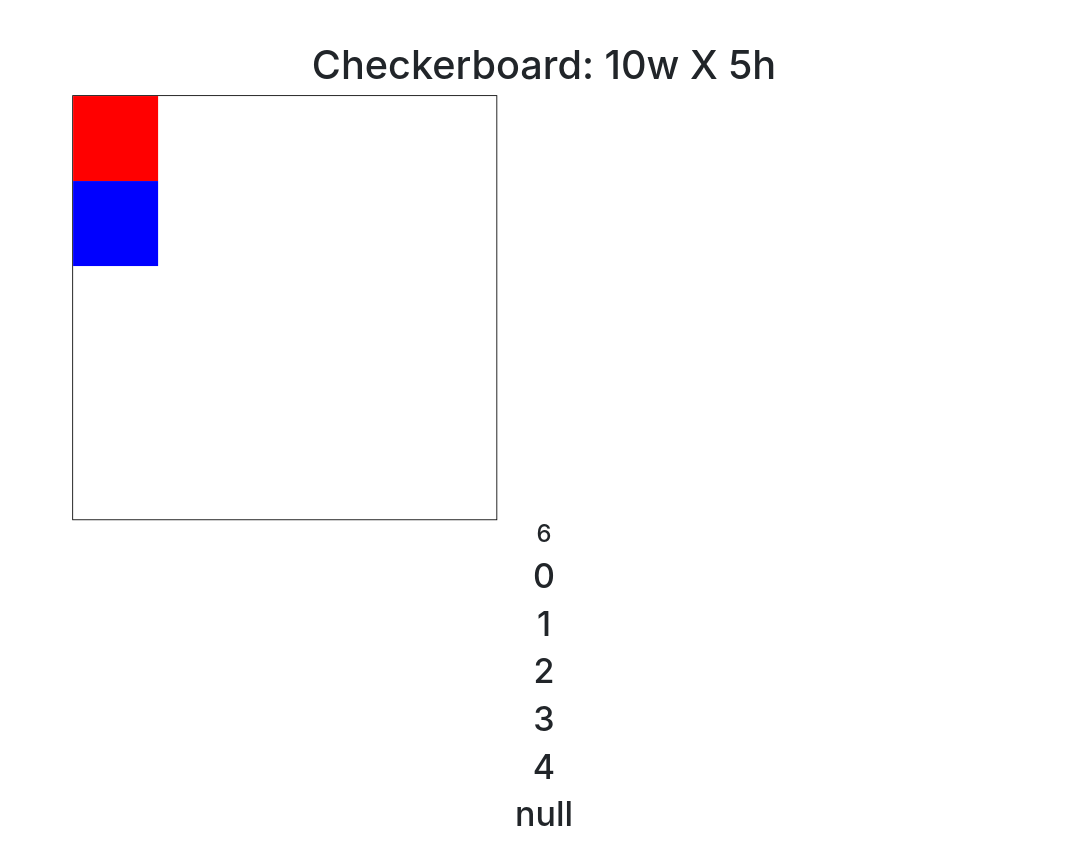
Repository: ACow3/java
Page: http://localhost/Checkerboard/checkerboard.jsp
The author's editor kept a copy of each file at every save. The page is drawn from the files as they stood at one save, then again after the next save.
The browser window is 1280 px wide. The pictures show the whole page, at 85% of full size.
The page is served by Tomcat 9.

Above is the page before, as saved 2019-08-09 00:56:35.

### javaOOP/Checkerboard/WebContent/checkerboard.jsp
<%@ page language="java" contentType="text/html; charset=UTF-8"
    pageEncoding="UTF-8"%>
<!DOCTYPE html>
<html>
<head>
<meta charset="UTF-8">
<link rel="stylesheet" href="https://stackpath.bootstrapcdn.com/bootstrap/4.3.1/css/bootstrap.min.css" integrity="sha384-ggOyR0iXCbMQv3Xipma34MD+dH/1fQ784/j6cY/iJTQUOhcWr7x9JvoRxT2MZw1T" crossorigin="anonymous">
<title>Checkerboard</title>
<style>
	.container{
		text-align: center;
	}

	.cb_title{
		font-size: 35pt;
		text-align: center;
	}

	.checkerboard{
		border: 1px solid black;
		text-align: center;
		width: 500px;
		height: 500px;
	}
	.red_box{
		width: 100px;
		height: 100px;
		background-color: red;

	}
	.blue_box{
		width: 100px;
		height: 100px;
		background-color: blue;

	}
</style>
</head>
<body>

	<div class="mastercontainer">
		<div class="container mt-5">
		<h1 class="cb_title">Checkerboard: 10w X 5h</h1>

		<div class="checkerboard">
			<div class="red_box"></div>
			<div class="blue_box"></div>
		</div>

			<%!
	public int add(int a, int b) {
		return a + b;
	}
	%>

	<%
	int i = 2;
	int j = 4;
	%>

	<h3><%= add(i, j) %></h3>
	<% for(int index = 0; index < 5; index++) { %>
		<h1><%= index %></h1>
	<% } %>

	<!-- getting the value for the name parameter -->
    <% String req = request.getParameter("name"); %>
    <!-- displaying the value -->
    <h1><%= req %></h1>


		</div>

	</div>

</body>
</html>

After the next save:
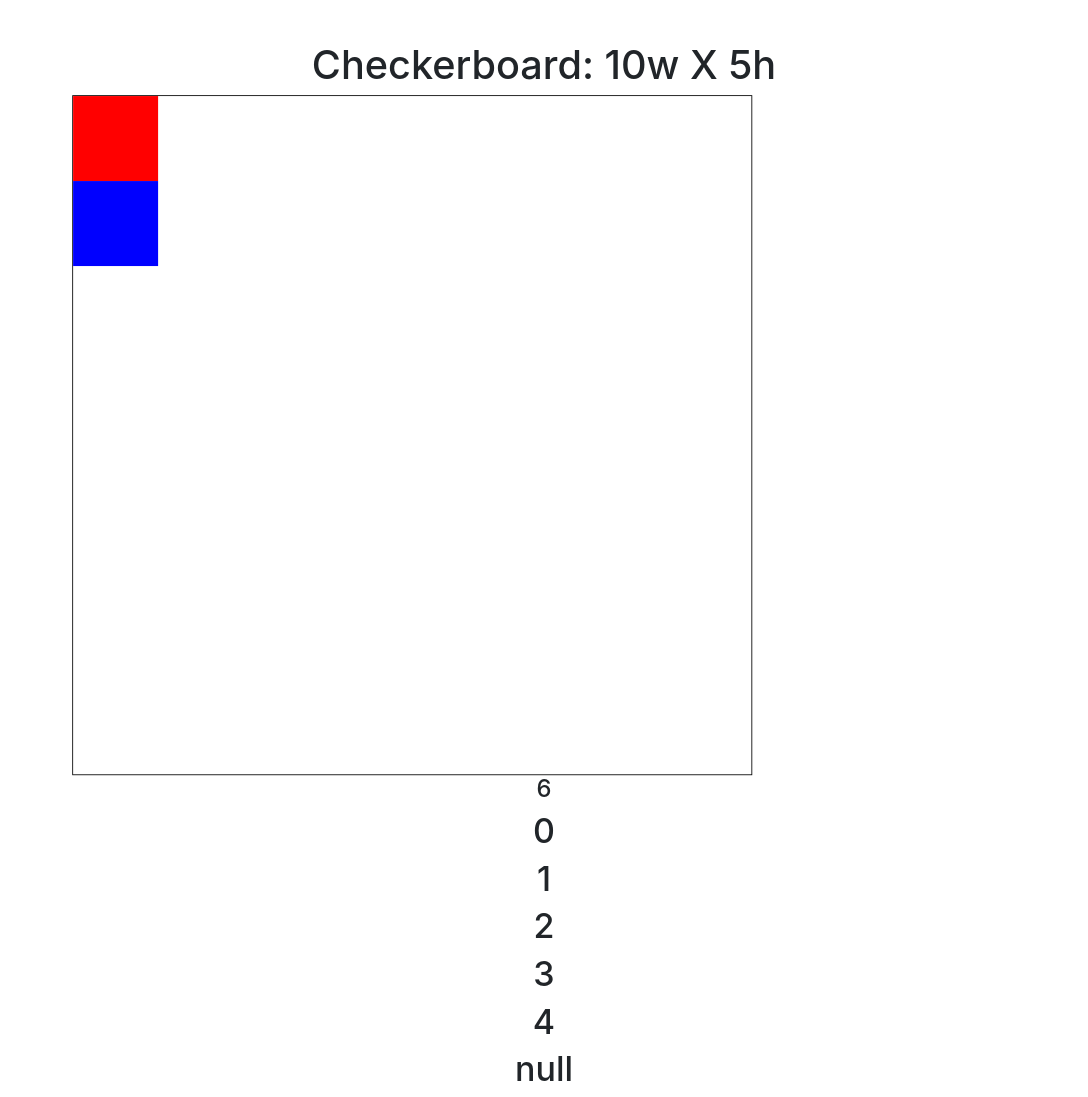
Saved 18 s later.
--- a/javaOOP/Checkerboard/WebContent/checkerboard.jsp
+++ b/javaOOP/Checkerboard/WebContent/checkerboard.jsp
@@ -19,8 +19,8 @@
 	.checkerboard{
 		border: 1px solid black;
 		text-align: center;
-		width: 500px;
-		height: 500px;
+		width: 800px;
+		height: 800px;
 	}
 	.red_box{
 		width: 100px;
